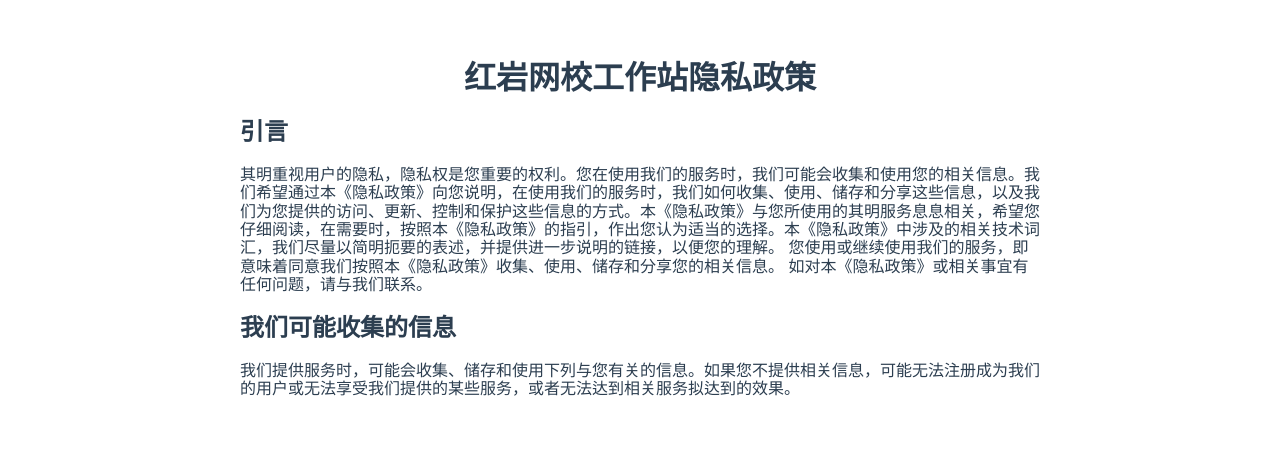
Repository: zl-mdc/privacy-policy
Page: /
The author's editor kept a copy of each file at every save. The page is drawn from the files as they stood at one save, then again after the next save.
The browser window is 1280 px wide. The pictures show the whole page.
The project was rebuilt for these pictures with package versions that can differ from the ones it lists, and the page was loaded fresh each time.

Above is the page before, as saved 2020-09-17 15:34:31.

### src/main.js
import Vue from 'vue'
import App from './App.vue'
import 'normalize.css'

Vue.config.productionTip = false

new Vue({
  render: h => h(App),
}).$mount('#app')

### src/App.vue
<template>
  <div id="app">
    <Info />
  </div>
</template>

<script>
import Info from './components/Info';

export default {
  name: 'App',
  components: {
    Info
  }
}
</script>

<style>
#app {
  font-family: Avenir, Helvetica, Arial, sans-serif;
  -webkit-font-smoothing: antialiased;
  -moz-osx-font-smoothing: grayscale;
  text-align: center;
  color: #2c3e50;
  margin-top: 60px;
}
</style>

### src/components/Info.vue
<!--
 * @Author: Code_Master
 * @Date: 2020-09-17 15:00:51
 * @LastEditTime: 2020-09-17 15:34:31
 * @LastEditors: Code_Master
 * @FilePath: /privacy-policy/src/components/Info.vue
 * @Description: The first 90% of the code accounts for the first 90% of the development time. The remaining 10% of the code accounts for the other 90% of the development time.
-->
<template>
    <div id="info">
          <h1>红岩网校工作站隐私政策</h1>

          <h2>引言</h2>
          <p><span></span>其明重视用户的隐私，隐私权是您重要的权利。您在使用我们的服务时，我们可能会收集和使用您的相关信息。我们希望通过本《隐私政策》向您说明，在使用我们的服务时，我们如何收集、使用、储存和分享这些信息，以及我们为您提供的访问、更新、控制和保护这些信息的方式。本《隐私政策》与您所使用的其明服务息息相关，希望您仔细阅读，在需要时，按照本《隐私政策》的指引，作出您认为适当的选择。本《隐私政策》中涉及的相关技术词汇，我们尽量以简明扼要的表述，并提供进一步说明的链接，以便您的理解。 您使用或继续使用我们的服务，即意味着同意我们按照本《隐私政策》收集、使用、储存和分享您的相关信息。 如对本《隐私政策》或相关事宜有任何问题，请与我们联系。 </p>

          <h2>我们可能收集的信息</h2>
          <p>我们提供服务时，可能会收集、储存和使用下列与您有关的信息。如果您不提供相关信息，可能无法注册成为我们的用户或无法享受我们提供的某些服务，或者无法达到相关服务拟达到的效果。</p>
    </div>
</template>

<script>
export default {
    name: "Info",
}
</script>

<style>
    #info {
        width: 800px;
        margin: 0 auto;
    }
    h2 {
        text-align: left;
    }
    p {
        text-align: left;
    }
</style>

Loaded but not shown: public/index.html (common file)

After the next save:
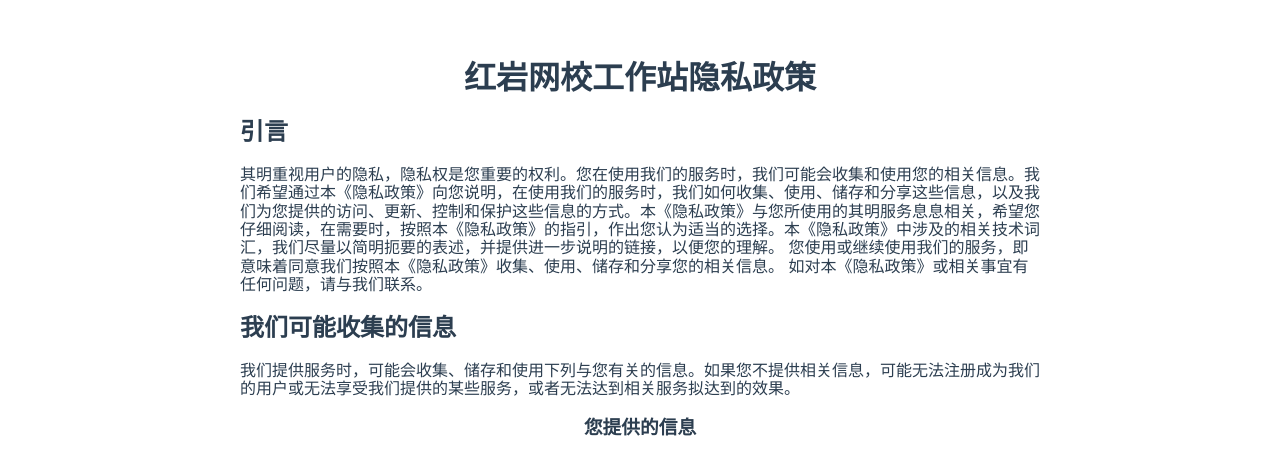
Saved 18 s later.
--- a/src/components/Info.vue
+++ b/src/components/Info.vue
@@ -1,7 +1,7 @@
 <!--
  * @Author: Code_Master
  * @Date: 2020-09-17 15:00:51
- * @LastEditTime: 2020-09-17 15:34:31
+ * @LastEditTime: 2020-09-17 15:34:49
  * @LastEditors: Code_Master
  * @FilePath: /privacy-policy/src/components/Info.vue
  * @Description: The first 90% of the code accounts for the first 90% of the development time. The remaining 10% of the code accounts for the other 90% of the development time.
@@ -15,6 +15,7 @@
 
           <h2>我们可能收集的信息</h2>
           <p>我们提供服务时，可能会收集、储存和使用下列与您有关的信息。如果您不提供相关信息，可能无法注册成为我们的用户或无法享受我们提供的某些服务，或者无法达到相关服务拟达到的效果。</p>
+          <h3>您提供的信息</h3>
     </div>
 </template>
 
